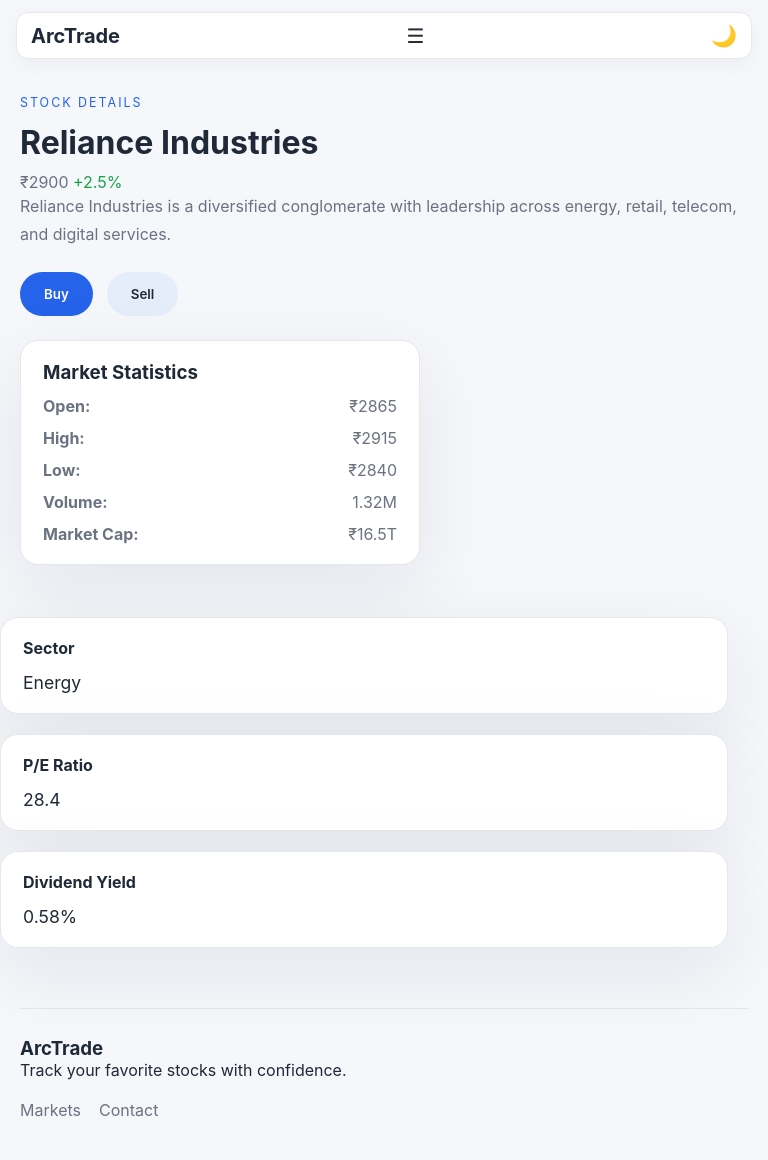
Repository: jaganathvinodkumar-dev/arctrade
Page: stock.html
The author's editor kept a copy of each file at every save. The page is drawn from the files as they stood at one save, then again after the next save.
The browser window is 768 px wide. The pictures show the whole page.

Above is the page before, as saved 2026-06-04 14:20:21.

After the next save:
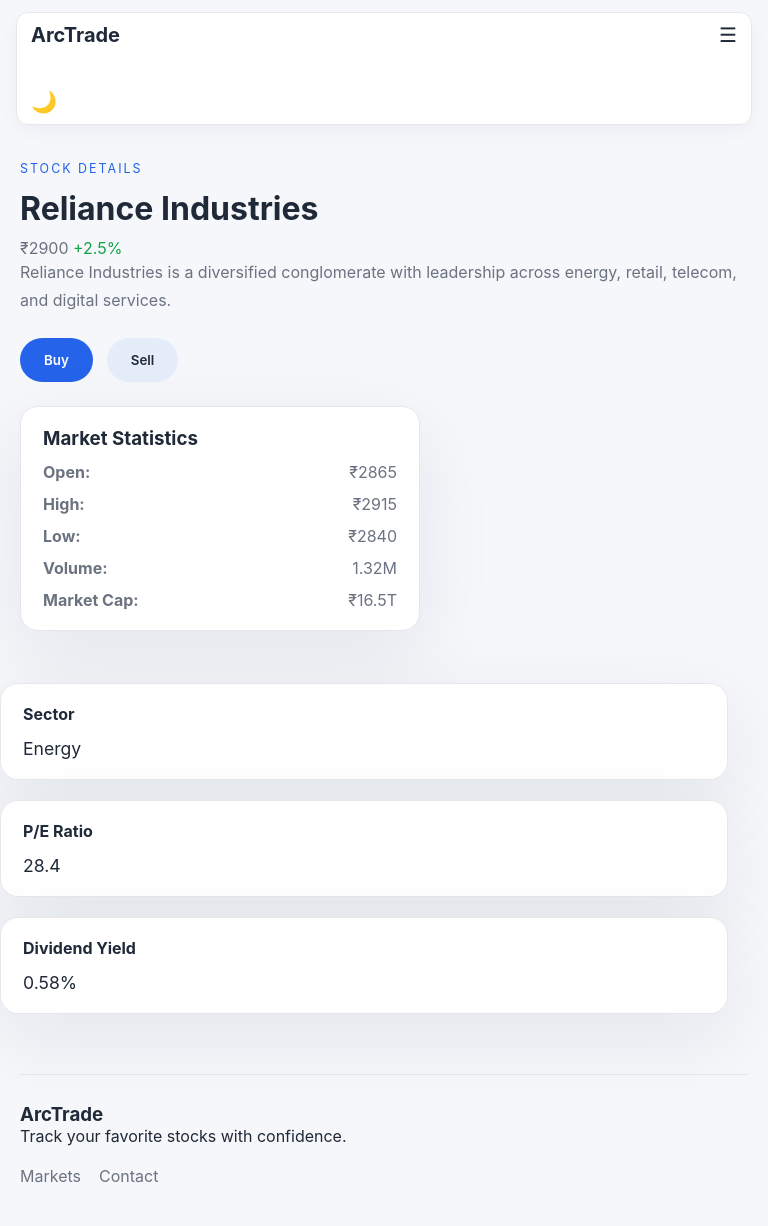
Saved 9 s later.
--- a/css/responsive.css
+++ b/css/responsive.css
@@ -48,6 +48,10 @@
 @media (max-width: 768px) {
   .navbar {
     padding: 10px 14px;
+    position: sticky;
+    top: 8px;
+    z-index: 1200;
+    background: var(--surface);
   }
 
   .brand a { font-size: 1.25rem; }
@@ -58,16 +62,21 @@
   }
 
   .nav-menu {
-    display: none;
+    display: flex;
+    flex-direction: column;
+    gap: 8px;
     width: 100%;
     margin-top: 8px;
-    padding: 14px;
+    padding: 0 12px;
+    max-height: 0;
+    overflow: hidden;
+    opacity: 0;
+    transition: max-height 260ms ease, opacity 240ms ease;
   }
 
   .nav-menu.open {
-    display: flex;
-    flex-direction: column;
-    gap: 8px;
+    max-height: 420px;
+    opacity: 1;
   }
 
   .nav-menu a { padding: 10px 8px; }
